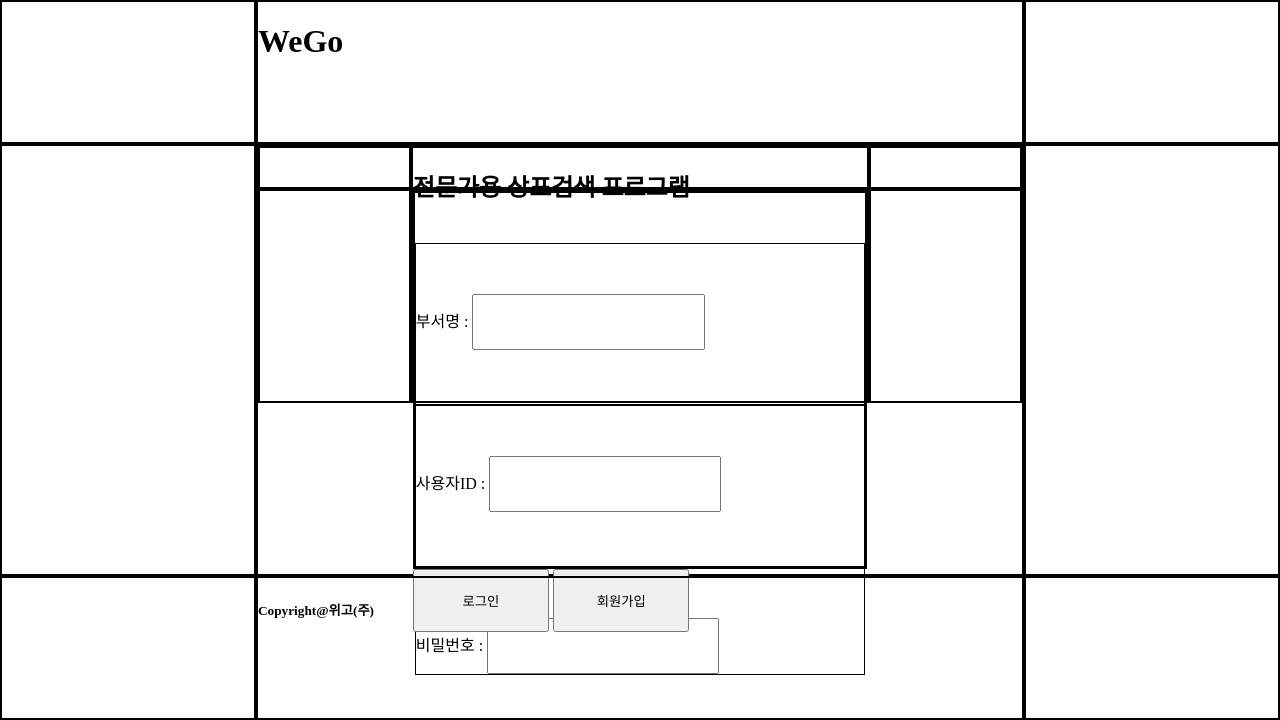
Repository: hamuse/wego1
Page: http://localhost/teamW1/facade.do
These files come from the project's save history. The page is drawn as it stood at one moment and after the next save; the edit follows.
The browser window is 1280 px wide. The pictures show the whole page.
Some web libraries are served in a nearby version. The page is served by Tomcat 9.

Above is the page before, as saved 2019-10-07 10:46:48.

After the next save:
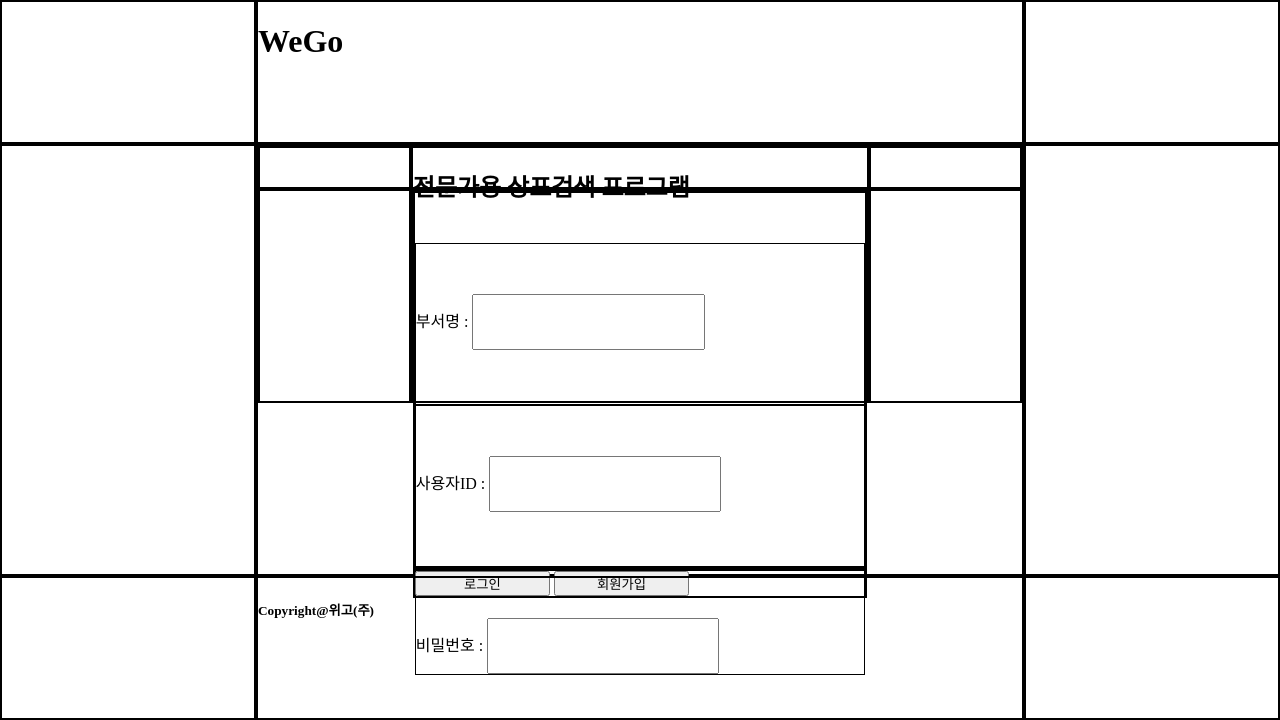
Saved 79 s later.
--- a/teamW1/WebContent/WEB-INF/views/facade/login.jsp
+++ b/teamW1/WebContent/WEB-INF/views/facade/login.jsp
@@ -16,8 +16,10 @@
 </div>
     <input type="hidden" name="action" value="login" />
     <input type="hidden" name="page" value="mypage" />
+    <div>
     <input id="login_btn" type="button" value="로그인"/>
     <input id="join_btn" type="button" value="회원가입"/>
+    </div>
 </form>
 
 

After the save that followed:
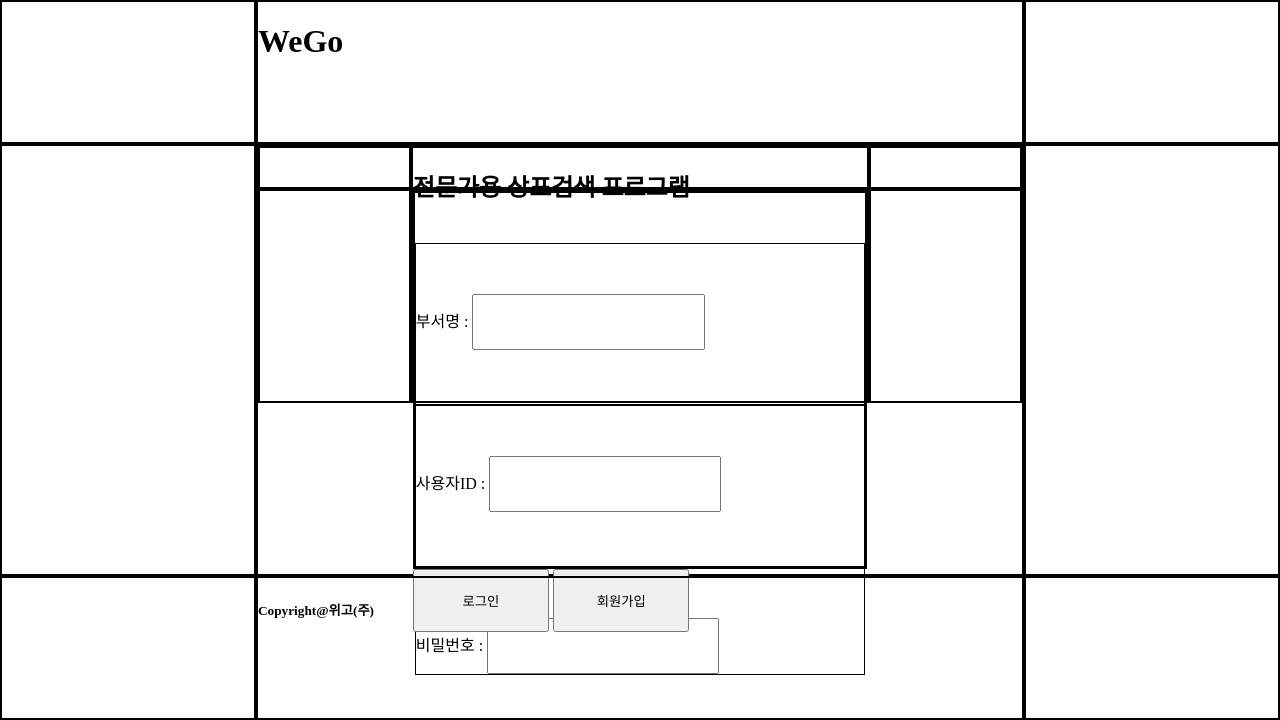
Saved 23 s later.
--- a/teamW1/WebContent/WEB-INF/views/facade/login.jsp
+++ b/teamW1/WebContent/WEB-INF/views/facade/login.jsp
@@ -16,10 +16,10 @@
 </div>
     <input type="hidden" name="action" value="login" />
     <input type="hidden" name="page" value="mypage" />
-    <div>
+
     <input id="login_btn" type="button" value="로그인"/>
     <input id="join_btn" type="button" value="회원가입"/>
-    </div>
+
 </form>
 
 
